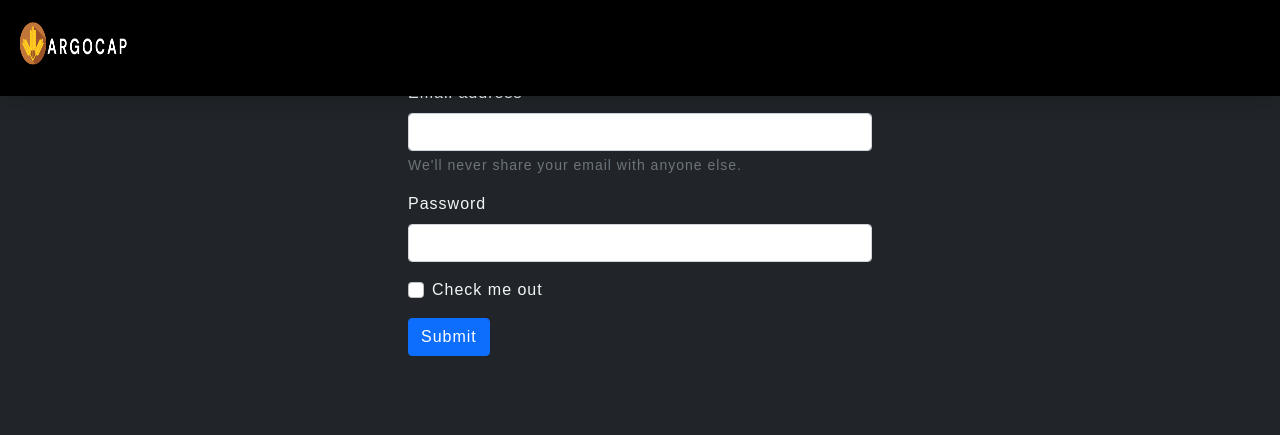
Repository: hellojeeban/farmers-decision-support-system
Page: http://localhost/Argocap/loginUser.jsp
An editor plug-in stored every save of this project. The page is shown before and after the next save, followed by the edit.
The browser window is 1280 px wide. The pictures show the whole page.
The page is served by Tomcat 9.

Above is the page before, as saved 2024-02-02 06:17:55.

### Argocap/src/main/webapp/loginUser.jsp
<!DOCTYPE html>
<html>
<head>
<meta charset="ISO-8859-1">
<meta charset="UTF-8">
<meta http-equiv="X-UA-Compatible" content="IE=edge">
<meta name="viewport" content="width=device-width, initial-scale=1.0">
<link rel="icon" href="/img/ARGO.png">
<link rel="stylesheet" href="style.css">
<link rel="stylesheet"
	href="https://cdnjs.cloudflare.com/ajax/libs/font-awesome/4.7.0/css/font-awesome.min.css">
<meta http-equiv="X-UA-Compatible" content="ie=edge">
<title>Login Form</title>
<link
	href="https://cdn.jsdelivr.net/npm/bootstrap@5.0.2/dist/css/bootstrap.min.css"
	rel="stylesheet"
	integrity="sha384-EVSTQN3/azprG1Anm3QDgpJLIm9Nao0Yz1ztcQTwFspd3yD65VohhpuuCOmLASjC"
	crossorigin="anonymous">
</head>
<body class="bg-dark">
<div>
	<nav>
		<div class="logo">
			<a href="index.html"><img src="/img/ARGOCAP.png" alt="Logo Image">
		</div>
		</a>
		</div>
		<div class="hamburger">
			<div class="line1"></div>
			<div class="line2"></div>
			<div class="line3"></div>
		</div>
		<ul class="nav-links">
			<li><a href="index.html">Home</a></li>
			<li><a href="/about/aboutus.html">About Us</a></li>
			<li><a href="#">Government Schemes</a></li>
			<li><a href="#">Organic Farming</a></li>
			<li><a href="contact/contactus.html">Contact Us</a></li>
			<li><button class="login-button" href="#">Login</button></li>
			<li><button class="join-button" href="#">Join</button></li>
		</ul>
	</nav>
</div>
	<div class="container text-light" style="width: 40%">
		<div class="container-fluid">
			<form>
				<div class="mb-3">
					<label for="exampleInputEmail1" class="form-label">Email
						address</label> <input type="email" class="form-control"
						id="exampleInputEmail1" aria-describedby="emailHelp">
					<div id="emailHelp" class="form-text">We'll never share your
						email with anyone else.</div>
				</div>
				<div class="mb-3">
					<label for="exampleInputPassword1" class="form-label">Password</label>
					<input type="password" class="form-control"
						id="exampleInputPassword1">
				</div>
				<div class="mb-3 form-check">
					<input type="checkbox" class="form-check-input" id="exampleCheck1">
					<label class="form-check-label" for="exampleCheck1">Check
						me out</label>
				</div>
				<button type="submit" class="btn btn-primary">Submit</button>
			</form>
		</div>
	</div>
	<script
		src="https://cdn.jsdelivr.net/npm/bootstrap@5.0.2/dist/js/bootstrap.bundle.min.js"
		integrity="sha384-MrcW6ZMFYlzcLA8Nl+NtUVF0sA7MsXsP1UyJoMp4YLEuNSfAP+JcXn/tWtIaxVXM"
		crossorigin="anonymous"></script>
</body>
</html>

### Argocap/src/main/webapp/style.css
@charset "ISO-8859-1";

@import url('https://fonts.googleapis.com/css2?family=Poppins:wght@100;200;400;700&display=swap');

*{
    box-sizing: border-box;
    margin-top:2px;
    padding:0;
    margin: 0;
    padding: 0;
    color: #f2f5f7;
    font-family: sans-serif;
    letter-spacing: 1px;
    font-weight: 300;
}

/* menu bar */

  .logo {
    max-width: 200px;
  }
  .push-left {
    margin-left: auto;
  }

  /* Menu */
  nav{
    height: 6rem;
    width: 100vw;
    background-color: #000000;
    box-shadow: 0 3px 20px rgba(0, 0, 0, 0.2);
    display: flex;
    position: fixed;
    z-index: 10;
    }


body{
    overflow-x: hidden;
}

/*Styling logo*/
.logo{
    padding:1vh 1vw;
    text-align: center;
}
.logo img {
    height: 5rem;
    width: 8rem;
}

/*Styling Links*/
.nav-links{
    display: flex;
    list-style: none;
    width: 88vw;
    padding: 0 0.7vw;
    justify-content: space-evenly;
    align-items: center;
    text-transform: uppercase;
}
.nav-links li a{
    text-decoration: none;
    margin: 0 0.7vw;
}
.nav-links li a:hover {
    color: #61DAFB;
}
.nav-links li {
    position: relative;
}
.nav-links li a::before {
    content: "";
    display: block;
    height: 3px;
    width: 0%;
    background-color: #61DAFB;
    position: absolute;
    transition: all ease-in-out 250ms;
    margin: 0 0 0 10%;
}
.nav-links li a:hover::before{
    width: 80%;
}

/*Styling Buttons*/
.login-button{
    background-color: transparent;
    border: 1.5px solid #f2f5f7;
    border-radius: 2em;
    padding: 0.6rem 0.8rem;
    margin-left: 2vw;
    font-size: 1rem;
    cursor: pointer;

}
.login-button:hover {
    color: #131418;
    background-color: #f2f5f7;
    border:1.5px solid #f2f5f7;
    transition: all ease-in-out 350ms;
}
.join-button{
    color: #131418;
    background-color: #61DAFB;
    border: 1.5px solid #61DAFB;
    border-radius: 2em;
    padding: 0.6rem 0.8rem;
    font-size: 1rem;
    cursor: pointer;
}
.join-button:hover {
    color: #f2f5f7;
    background-color: transparent;
    border:1.5px solid #f2f5f7;
    transition: all ease-in-out 350ms;
}

/*Styling Hamburger Icon*/
.hamburger div{
    width: 30px;
    height:3px;
    background: #f2f5f7;
    margin: 5px;
    transition: all 0.3s ease;
}
.hamburger{
    display: none;
}

/*Stying for small screens*/
@media screen and (max-width: 800px){
    nav{
        position: fixed;
        z-index: 3;
    }
    .hamburger{
        display:block;
        position: absolute;
        cursor: pointer;
        right: 5%;
        top: 50%;
        transform: translate(-5%, -50%);
        z-index: 2;
        transition: all 0.7s ease;
    }
    .nav-links{
        position: fixed;
        background: #131418;
        height: 100vh;
        width: 100%;
        flex-direction: column;
        clip-path: circle(50px at 90% -20%);
        -webkit-clip-path: circle(50px at 90% -10%);
        transition: all 1s ease-out;
        pointer-events: none;
    }
    .nav-links.open{
        clip-path: circle(1000px at 90% -10%);
        -webkit-clip-path: circle(1000px at 90% -10%);
        pointer-events: all;
    }
    .nav-links li{
        opacity: 0;
    }
    .nav-links li:nth-child(1){
        transition: all 0.5s ease 0.2s;
    }
    .nav-links li:nth-child(2){
        transition: all 0.5s ease 0.4s;
    }
    .nav-links li:nth-child(3){
        transition: all 0.5s ease 0.6s;
    }
    .nav-links li:nth-child(4){
        transition: all 0.5s ease 0.7s;
    }
    .nav-links li:nth-child(5){
        transition: all 0.5s ease 0.8s;
    }
    .nav-links li:nth-child(6){
        transition: all 0.5s ease 0.9s;
        margin: 0;
    }
    .nav-links li:nth-child(7){
        transition: all 0.5s ease 1s;
        margin: 0;
    }
    li.fade{
        opacity: 1;
    }
}
/*Animating Hamburger Icon on Click*/
.toggle .line1{
    transform: rotate(-45deg) translate(-5px,6px);
}
.toggle .line2{
    transition: all 0.7s ease;
    width:0;
}
.toggle .line3{
    transform: rotate(45deg) translate(-5px,-6px);
}
/* nav end */

body{
    background-color: #413543;
    background-size:cover;
    overflow:hidden;
    height: 100vh;
    font-family: 'Poppins', sans-serif;
}

.container{
    padding: 20px 70px;
    color:#fff;
}

.current-info{
    display: flex;
    justify-content: space-between;
    flex-wrap: wrap;
}
.date-container{
    font-weight: 100;
    margin-top: 6rem;
}
.date-container .time{
    font-size: 70px;
}

.date-container #am-pm{
    font-size: 30px;
    margin-left: 20px;
}

.date-container .date{
    font-size: 30px;
}

.place-container{
    text-align: end;
}

.place-container .time-zone{
    font-size: 30px;
    font-weight: 100;
}

.place-container .country{
    font-size: 12px;
    font-weight: 700;
}

.current-info .others{
    display: flex;
    flex-direction: column;
    background: rgba(24,24,27, 0.6);
    padding:20px;
    border-radius: 10px;
    margin: 10px 0;
    border: 1px solid #eee;
}

.current-info .others .weather-item{
    display: flex;
    justify-content: space-between;
}


.future-forecast{
    background: rgba(24,24,27,0.8);
    padding: 6%;
    position:relative;
    bottom: 0;
    display: flex;
    color:white;
    nav-left: 1%;
    width: 100%;
    align-items: center;
    justify-content: center;
    overflow-y: hidden;
}

.future-forecast .today{
    display: flex;
    align-items: center;
    justify-content: center;
    border: 1px solid #eee;
    border-radius: 10px;
    padding:15px;
    padding-right: 40px;
    border-radius: 10px;
    background: rgba(0,0,0,0.2)
}

.future-forecast .today .day{
    padding: 5px 15px;
    background: #3c3c44;
    border-radius: 50px;
    text-align: center;
}

.future-forecast .today .temp{
    font-size: 18px;
    padding-top: 15px;
}

.future-forecast .weather-forecast{
    display: flex;
}

.weather-forecast .weather-forecast-item{
    display: flex;
    flex-direction: column;
    align-items: center;
    justify-content: center;
    margin: 0 10px;
    border: 1px solid #eee;
    padding: 15px;
    border-radius: 10px;
    background: rgba(0,0,0,0.2)
}

.weather-forecast .weather-forecast-item .day{
    padding: 5px 15px;
    background: #3C3C44;
    border-radius: 50px;
    text-align: center;
}

.weather-forecast .weather-forecast-item .temp{
    font-weight: 100;
    font-size: 12px;
}


@media only screen and  (max-width:730px){

    .container{
        padding: 20px;
    }

    .future-forecast{
        justify-content: start;
        align-items: none;
        overflow-y: scroll;
    }

    .future-forecast .today .temp{
        font-size: 16px;
    }

    .date-container .time{
        font-size: 50px;
    }

    .date-container #am-pm{
        font-size: 20px;
    }

    .date-container .date{
        font-size: 20px;
    }

    .place-container{
        text-align: end;
        margin-top: 15px;
    }

    .place-container .time-zone{
        font-size: 20px;
    }

    .current-info .others{
        padding: 12px;
    }

    .current-info .others .weather-item{
        font-size: 14px;
    }

}

@media only screen and (max-width: 1400px){
    .future-forecast{
        justify-content: start;
        align-items: none;
        overflow-x: scroll;
    }
}
/*Scroll bar */
.scroll-container {
    overflow-y: scroll;
    scroll-behavior: smooth;
  }
  #google_translate_element{
    margin-top: 6rem;
  }

After the next save:
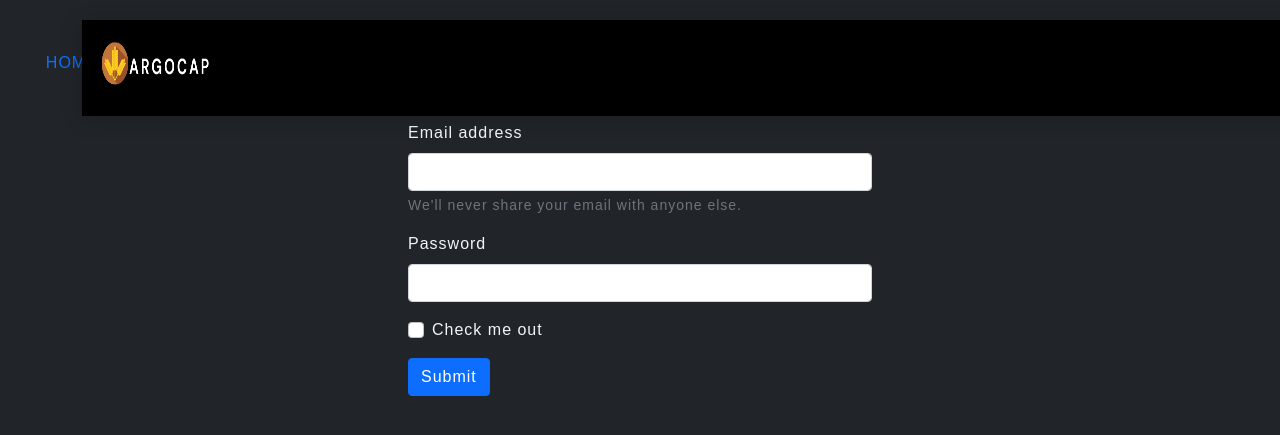
Saved 20 s later.
--- a/Argocap/src/main/webapp/loginUser.jsp
+++ b/Argocap/src/main/webapp/loginUser.jsp
@@ -18,7 +18,7 @@
 	crossorigin="anonymous">
 </head>
 <body class="bg-dark">
-<div>
+<div class="container">
 	<nav>
 		<div class="logo">
 			<a href="index.html"><img src="/img/ARGOCAP.png" alt="Logo Image">
